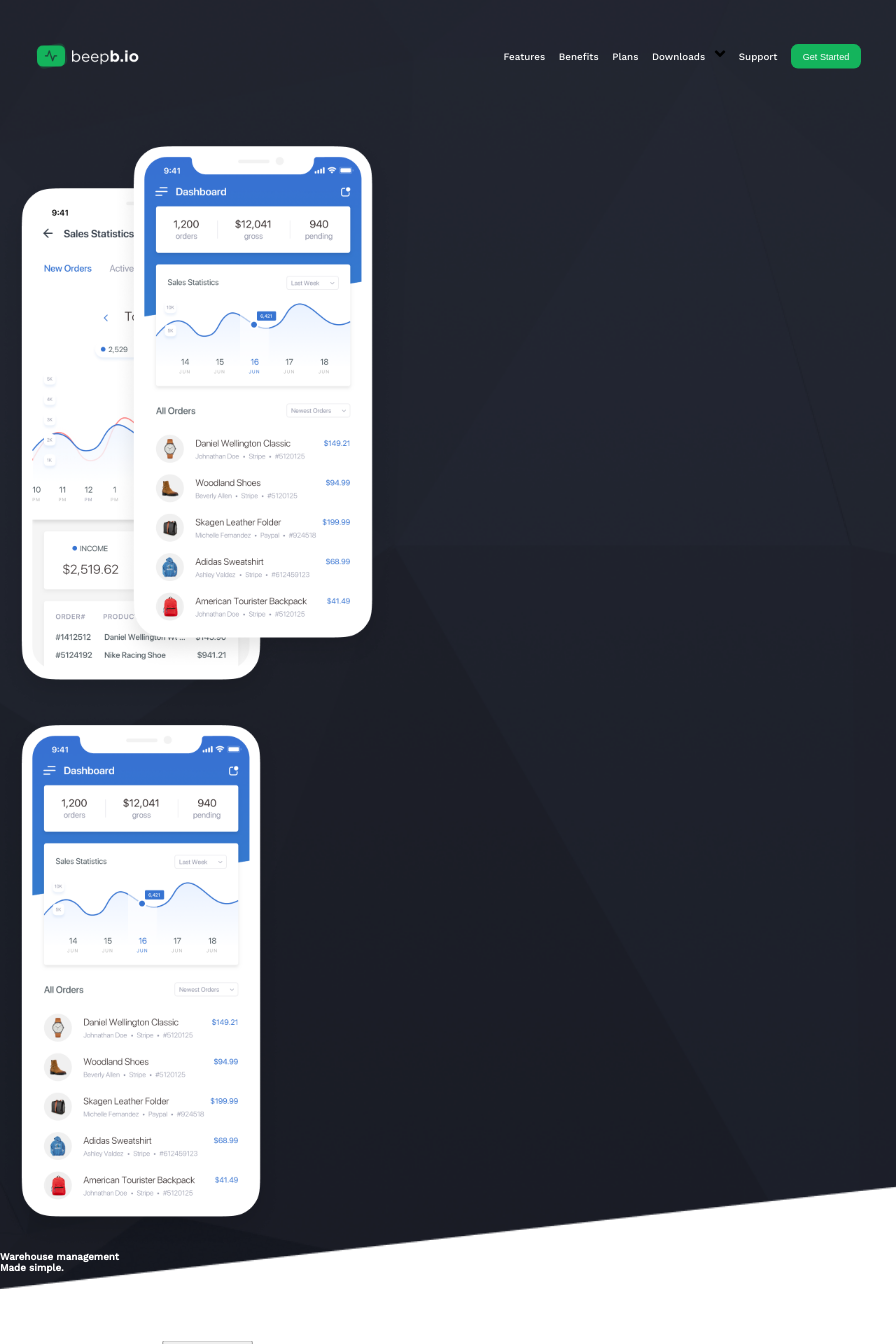
Repository: thinhnguyen347/thinhnguyen347.github.io
Page: cut-html-css/index.html
An editor plug-in stored every save of this project. The page is shown before and after a run of saves, followed by the edit.
The browser window is 1280 px wide. The pictures show the part of the page from y = 0 to 1920 px (the page is 5657 px tall before and 4906 px after), at 70% of full size.

Above is the page before, as saved 2021-11-10 19:25:44.

After the next 6 saves:
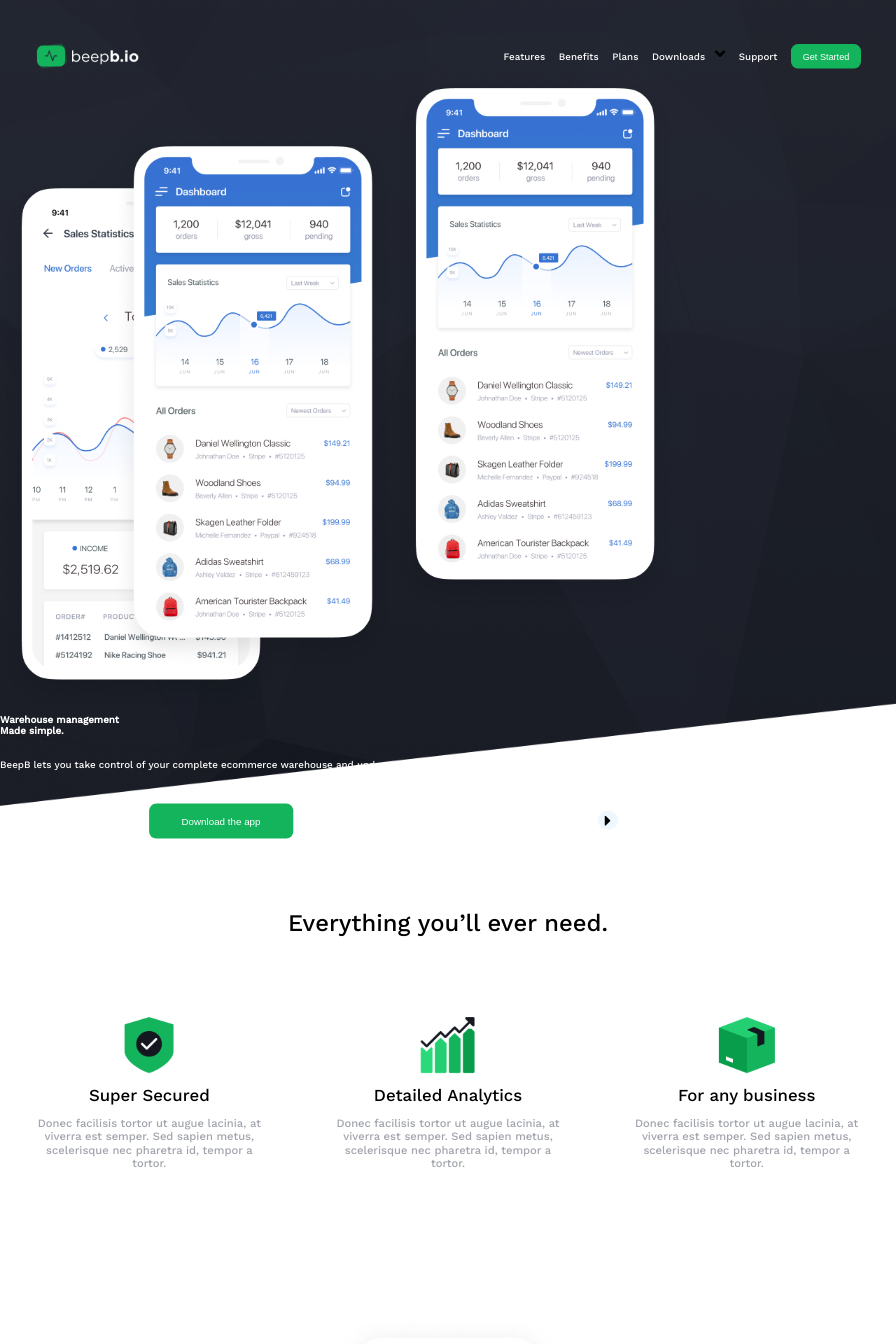
The 6 saves are shown as one change because they came seconds apart.
The last was saved 14 s later.
--- a/cut-html-css/css/style.css
+++ b/cut-html-css/css/style.css
@@ -153,7 +153,11 @@ li.menuitem:hover .drop-down {
   position: relative;
 }
 
-.iphone-x2
+.iphone-x2{
+  position: absolute;
+  top:-10%;
+
+}
 
 .download {
   background-color: #14b45c;
